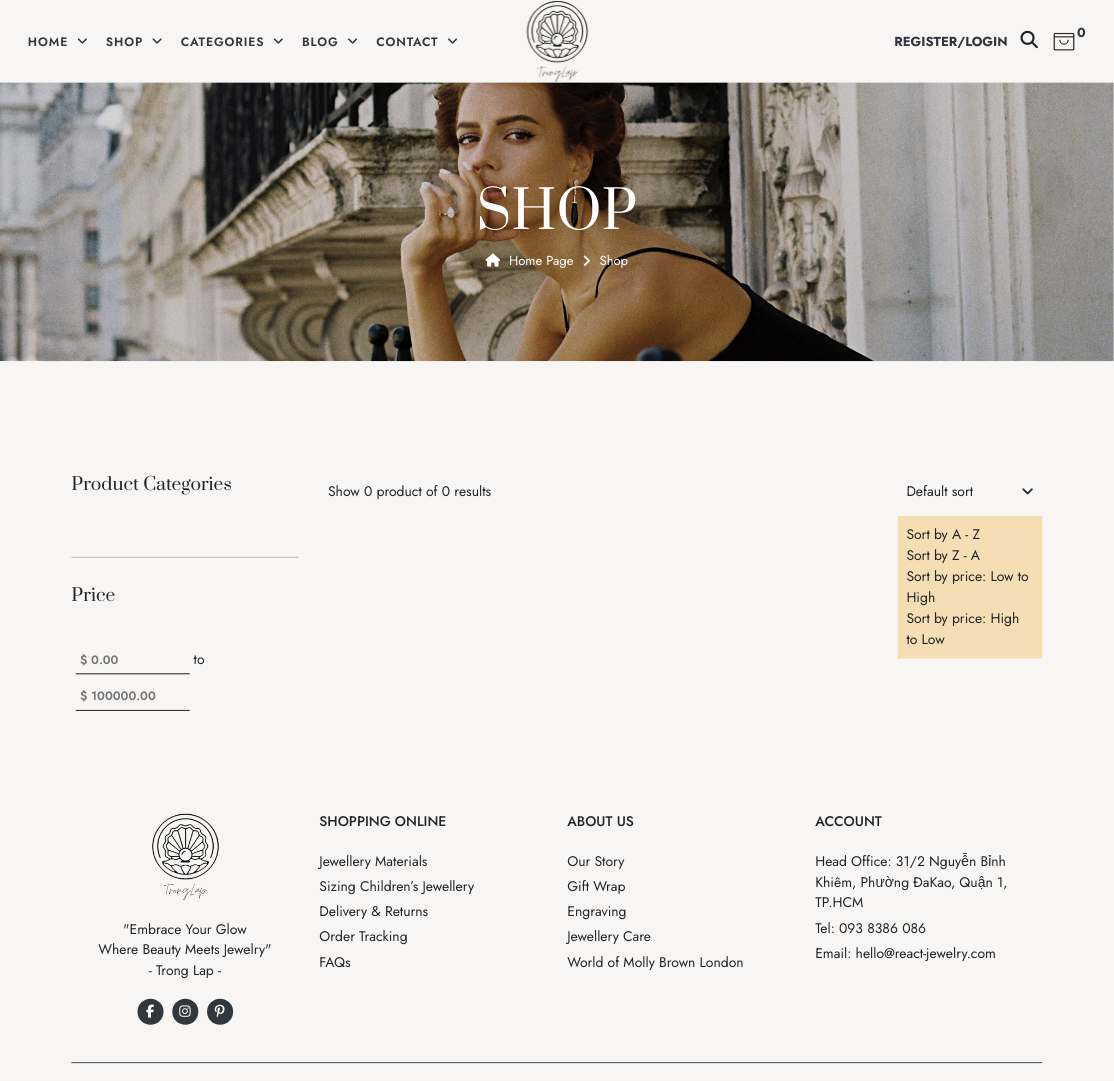
Repository: tronglap/react-jewelry
Page: /list-product
An editor plug-in stored every save of this project. The page is shown before and after the next save, followed by the edit.
The browser window is 1280 px wide. The pictures show the whole page, at 87% of full size.
The page's requests for data from a server got no answer. The project was rebuilt for these pictures with package versions that can differ from the ones it lists, and the page was loaded fresh each time. No one was signed in, and anything a server would have sent is missing. Also part of the build but not shown: src/component/Button/Button.css, src/component/Button/Button.js, src/component/SliderBar/SliderBar.css, src/component/SliderBar/SliderBar.js, src/component/Home/WWD/WWD.css, src/component/Home/WWD/WWD.js, src/component/Home/Home.css, src/component/Home/Categories/Categories.js and 14 more.

Above is the page before, as saved 2024-03-26 18:43:22.

After the next save:
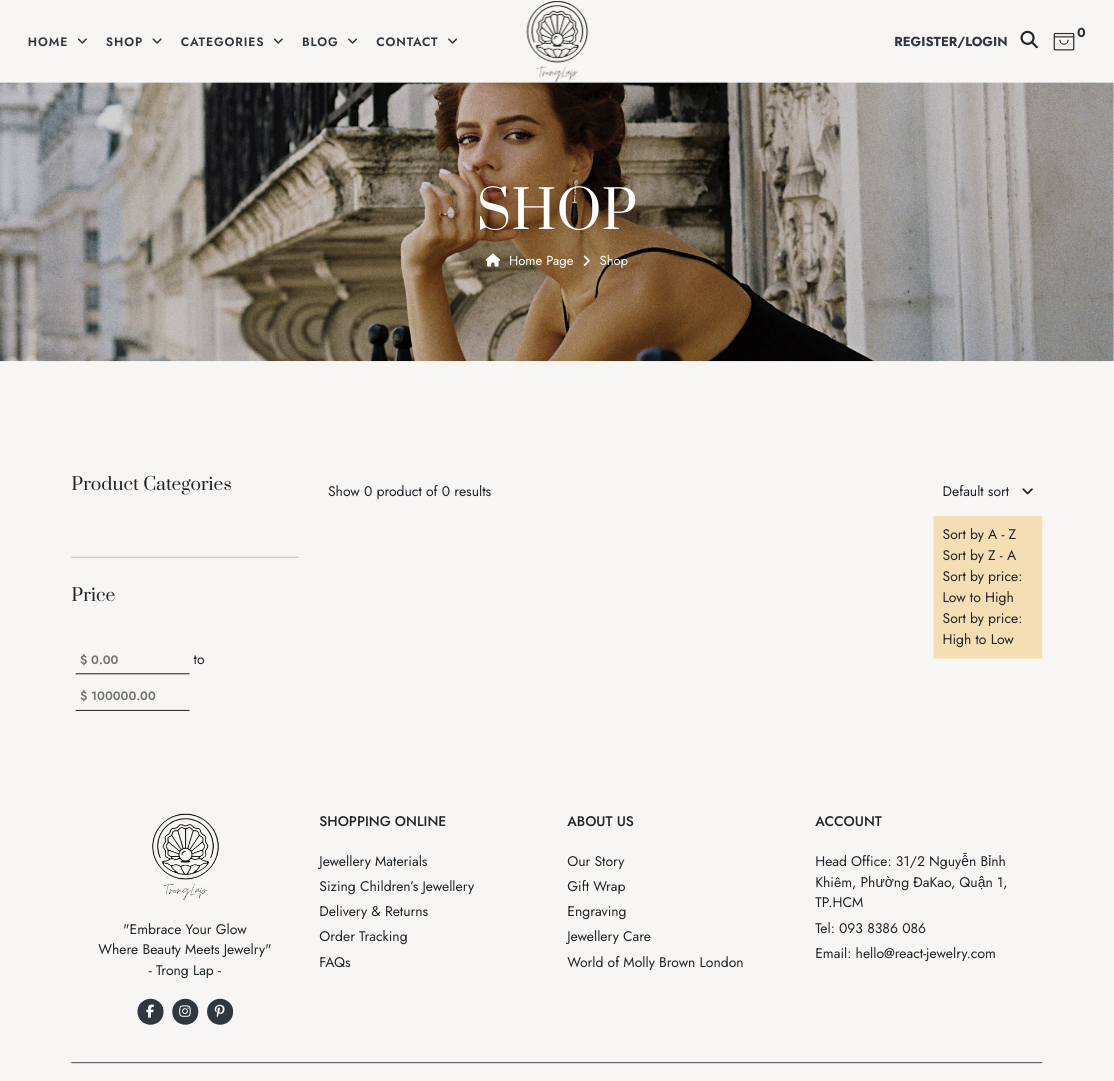
Saved 5 s later.
--- a/src/component/ListProduct/ListProduct.css
+++ b/src/component/ListProduct/ListProduct.css
@@ -84,7 +84,7 @@ input[type=number]::-webkit-inner-spin-button {
     display: flex;
     align-items: center;
     justify-content: space-between;
-    width: 20%;
+    width: 15%;
     margin-bottom: 20px;
     padding: 10px;
     position: relative;
